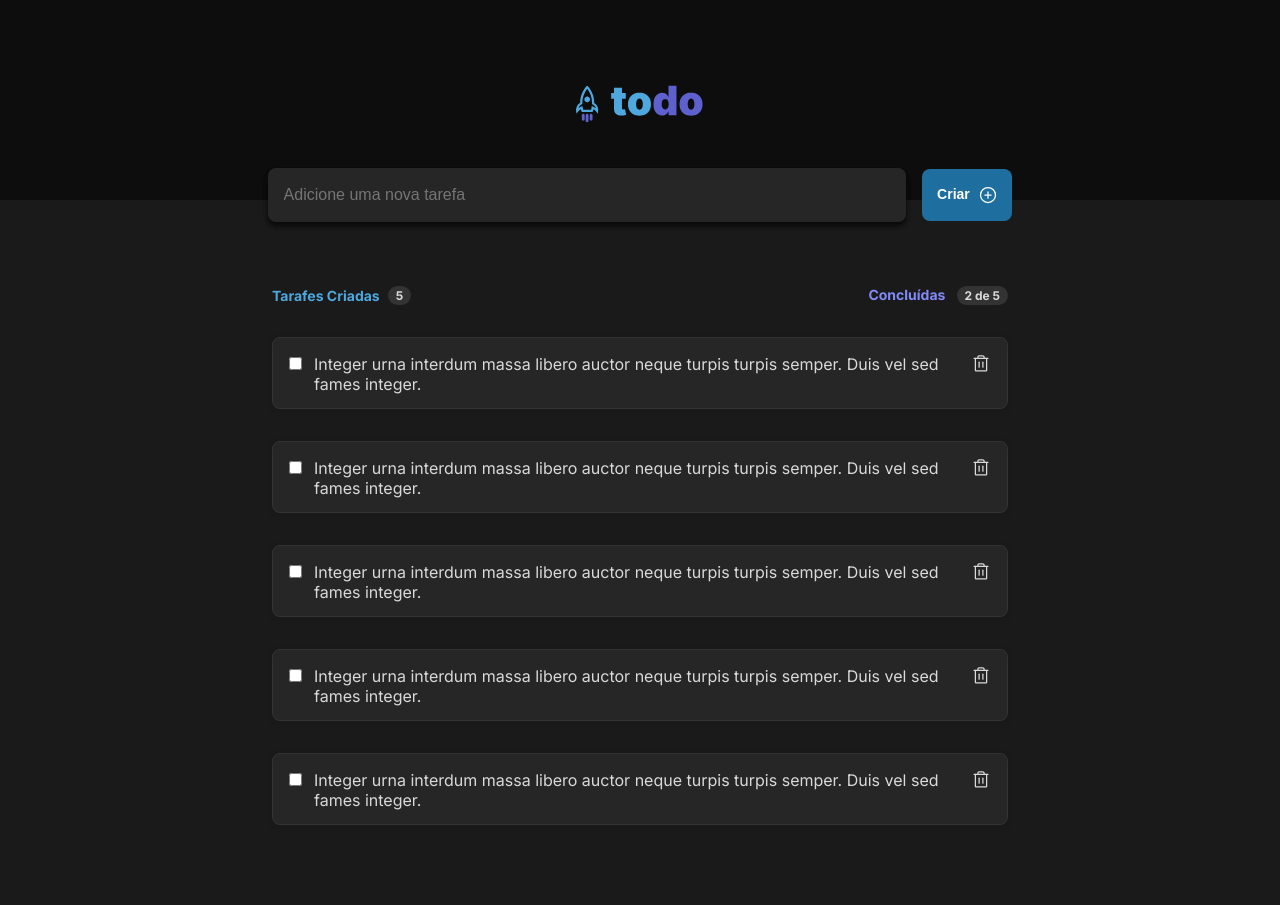
Repository: guilhermecardoso93/todolistreact
Page: /
An editor plug-in stored every save of this project. The page is shown before and after a run of saves, followed by the edit.
The browser window is 1280 px wide. The pictures show the whole page.
The project was rebuilt for these pictures with package versions that can differ from the ones it lists, and the page was loaded fresh each time. Also part of the build but not shown: vite.config.ts.

Above is the page before, as saved 2022-07-02 20:20:59.

After the next 2 saves:
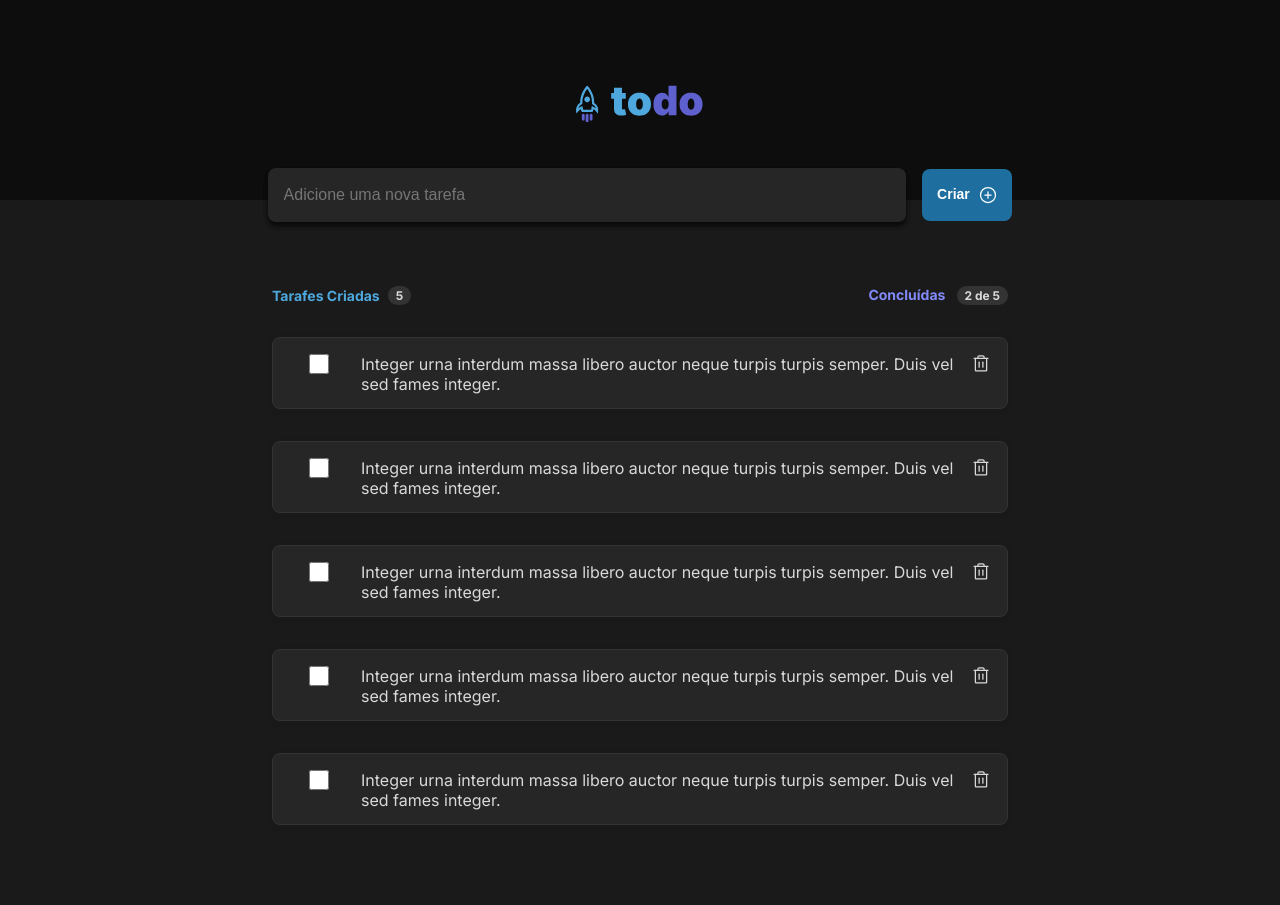
The 2 saves are shown as one change because they came seconds apart.
The last was saved 10 s later.
--- a/src/TasksList.module.css
+++ b/src/TasksList.module.css
@@ -23,13 +23,12 @@
   height: 72px;
 }
 
-.tasksListItemCheck input {
+.tasksListItemCheck {
   border-radius: 10px;
   border: 2px solid var(--blue);
   background: none;
   width: 60px;
   height: 20px;
-
 }
 
 .delete {
